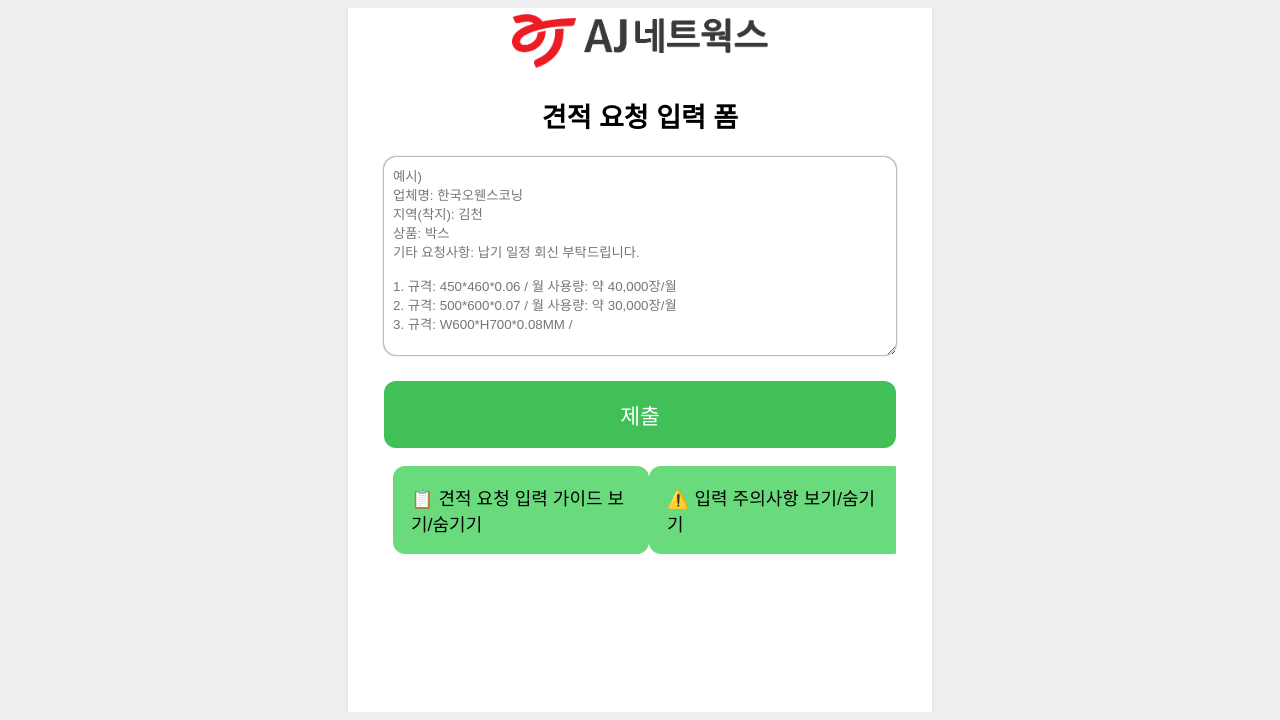
Repository: deul428/logis_test
Page: index.html
These files come from the project's save history. The page is drawn as it stood at one moment and after a run of saves; the edit follows.
The browser window is 1280 px wide. The pictures show the whole page.
Some web fonts or font styles are not loaded; a fallback is used.

Above is the page before, as saved 2025-09-17 09:14:48.

### index.html
<!DOCTYPE html>
<!--
📋 견적 요청 입력 가이드
업체명: [회사명]
지역: [납품지역]
요청사항: [납기, 샘플 등 요청사항]1
1. 상품: / 규격: / 사용량: [월 예상 사용량] / 사용금액: [월 예상 사용금액] / 인쇄: [O/X]
2. 상품: / 규격: / 사용량: [월 예상 사용량] / 사용금액: [월 예상 사용금액] / 인쇄: [O/X]
3. 상품: / 규격: / 사용량: [월 예상 사용량] / 사용금액: [월 예상 사용금액] / 인쇄: [O/X]
⚠️ 입력 주의사항
1. 번호 표기 필수
　- 상품/규격별 정보는 반드시 1., 2., 3. 번호를 붙여 구분합니다.
2. 상품명 표기
　- 동일 상품 + 여러 규격 → 상품:은 한 번만 쓰고, 아래에 규격을 나열해도 가능
　- 서로 다른 상품 → 각 번호마다 반드시 개별 상품:을 함께 작성
3. 필수/선택 항목
　- 업체명, 지역, 상품은 필수
　- 규격, 사용량, 사용금액, 인쇄, 요청사항 등은 선택 (없는 값은 생략 가능) -->
<html lang="ko">
  <head>
    <meta charset="UTF-8" />
    <title>견적 요청 입력 폼</title>
    <link rel="stylesheet" href="./styles/common.css" />
  </head>
  <body>
    <div class="wrap">
      <div class="cntnt_box">
        <div id="header">
          <img class="ci" src="./src/aj_ci.png" />
          <h2>견적 요청 입력 폼</h2>
        </div>
        <div id="input_area">
          <form
            action="https://script.google.com/macros/s/AKfycbwvnTOYbOr6LT2mzblHA0HMxfJFboeq3WsBVHAYUvir3JEZxm_Qbn3yYHUbS3F-L1Fz/exec"
            method="post"
          >
            <!-- <label>메시지:</label><br /> -->
            <textarea
              name="message"
              rows="12"
              placeholder="예시&#41;
업체명: 한국오웬스코닝
지역(착지): 김천
상품: 박스
기타 요청사항: 납기 일정 회신 부탁드립니다.

1. 규격: 450*460*0.06 / 월 사용량: 약 40,000장/월
2. 규격: 500*600*0.07 / 월 사용량: 약 30,000장/월
3. 규격: W600*H700*0.08MM /"
            ></textarea
            ><br /><br />
            <button type="submit">제출</button>
          </form>
        </div>
        <div id="desc_area">
          <div>
            <button class="toggle" onclick="toggleGuide('guideBox_01')">
              📋 견적 요청 입력 가이드 보기/숨기기
            </button>
            <div id="guideBox_01" class="desc_box">
              <div id="guide_01" class="desc">
                <p>📋 견적 요청 입력 가이드</p>
                <p>
                  업체명: [회사명]<br />
                  지역: [납품지역]<br />
                  요청사항: [납기, 샘플 등 요청사항]
                </p>

                <p>
                  1. 상품: / 규격: / 사용량: [월 예상 사용량] / 사용금액: [월
                  예상 사용금액] / 인쇄: [O/X]<br />
                  2. 상품: / 규격: / 사용량: [월 예상 사용량] / 사용금액: [월
                  예상 사용금액] / 인쇄: [O/X]<br />
                  3. 상품: / 규격: / 사용량: [월 예상 사용량] / 사용금액: [월
                  예상 사용금액] / 인쇄: [O/X]
                </p>
              </div>
            </div>
          </div>
          <div>
            <button class="toggle" onclick="toggleGuide('guideBox_02')">
              ⚠️ 입력 주의사항 보기/숨기기
            </button>
            <div id="guideBox_02" class="desc_box">
              <div id="guide_02" class="desc">
                <p>⚠️ 입력 주의사항</p>
                <p>
                  1. 번호 표기 필수<br />
                  - 상품/규격별 정보는 반드시 1., 2., 3. 번호를 붙여
                  구분합니다.<br />
                  2. 상품명 표기<br />
                  - 동일 상품 + 여러 규격 → 상품:은 한 번만 쓰고, 아래에 규격을
                  나열해도 가능<br />
                  - 서로 다른 상품 → 각 번호마다 반드시 개별 상품:을 함께
                  작성<br />
                  3. 필수/선택 항목<br />
                  - 업체명, 지역, 상품은 필수<br />
                  - 규격, 사용량, 사용금액, 인쇄, 요청사항 등은 선택 (없는 값은
                  생략 가능)
                </p>
              </div>
            </div>
          </div>
        </div>
      </div>
    </div>
  </body>
  <script>
    function toggleGuide(e) {
      const guideBox = document.getElementById(e);
      guideBox.classList.toggle("open");
    }
  </script>
</html>

### styles/common.css
@import url("https://fonts.googleapis.com/css2?family=Chiron+GoRound+TC:wght@200..900&family=Nanum+Pen+Script&display=swap");
html,
body {
  font-family: "Chiron GoRound TC", sans-serif;
  font-optical-sizing: auto;
  font-weight: 400;
  font-style: normal;
  font-size: 18px;
  width: 100dvw;
  height: 100dvh;
  overflow: hidden;
  background: #eee;
  display: flex;
  justify-content: center;
  align-items: center;
  flex-direction: column;
}
.wrap {
  width: 40%;
  /* height: 60%; */
  padding: 2rem;
  background: white;
  border-radius: 12px;
  box-shadow: 0 5px 10px 0 rgba(0, 0, 0, 0.064);
}
.cntnt_box {
  width: 100%;
  height: 100%;
  display: flex;
  justify-content: flex-start;
  align-items: center;
  flex-direction: column;
}
#header {
  text-align: center;
  width: 20dvw;
}
.ci {
  width: 100%;
}

#input_area {
  margin-bottom: 1rem;
  width: 100%;
}
#input_area form {
  /* width: calc(100% - 3rem); */
  margin: 0 auto;
  text-align: center;
}
#input_area form > textarea {
  font-family: inherit;
  width: calc(100% - 1rem);
  padding: 0.5rem;
  border: none;
  border-radius: 12px;
  box-shadow: 0 0 2px 0 #000;
}
#input_area label {
}
#input_area button {
  background: #40c057;
  color: #fff;
}
#input_area button:hover {
  background: #37b24d;
}
#desc_area {
  width: 100%;
  height: 30dvh;
  overflow-y: auto;
  margin-bottom: 24px;
  display: flex;
  flex-direction: row;
}
#desc_area > div {
  width: 50%;
}
#desc_area > div .toggle {
  font-size: 1rem;
  margin-inline-start: 0.5rem;
  display: inline-block;
  background: #69db7c;
}
#desc_area .toggle:hover {
  background: #37b24d;
}

#desc_area > div .desc_box {
  font-size: 0.8rem;
  line-height: 1.2rem;
  width: calc(100% - 4rem);
  margin-inline-start: 1rem;
  display: flex;
  flex-direction: column;
  max-height: 0;
  opacity: 0;
  transition: max-height 0.3s linear; /* , opacity 0.3s linear; */
  background: #f9f9f9;
  border: 1px solid #ddd;
  border-radius: 6px;
  margin-top: 10px;
  padding: 1rem;
}

#desc_area .desc_box.open {
  max-height: 500px; /* 충분히 큰 값 */
  opacity: 1;
}

.wrap button {
  z-index: 999;
  all: unset;
  width: calc(100% - 2rem);
  font-style: 800;
  font-size: 1.2rem;
  padding: 1rem;
  border-radius: 12px;
  transition: background 0.3s linear;
  cursor: pointer;
}

After the next 3 saves:
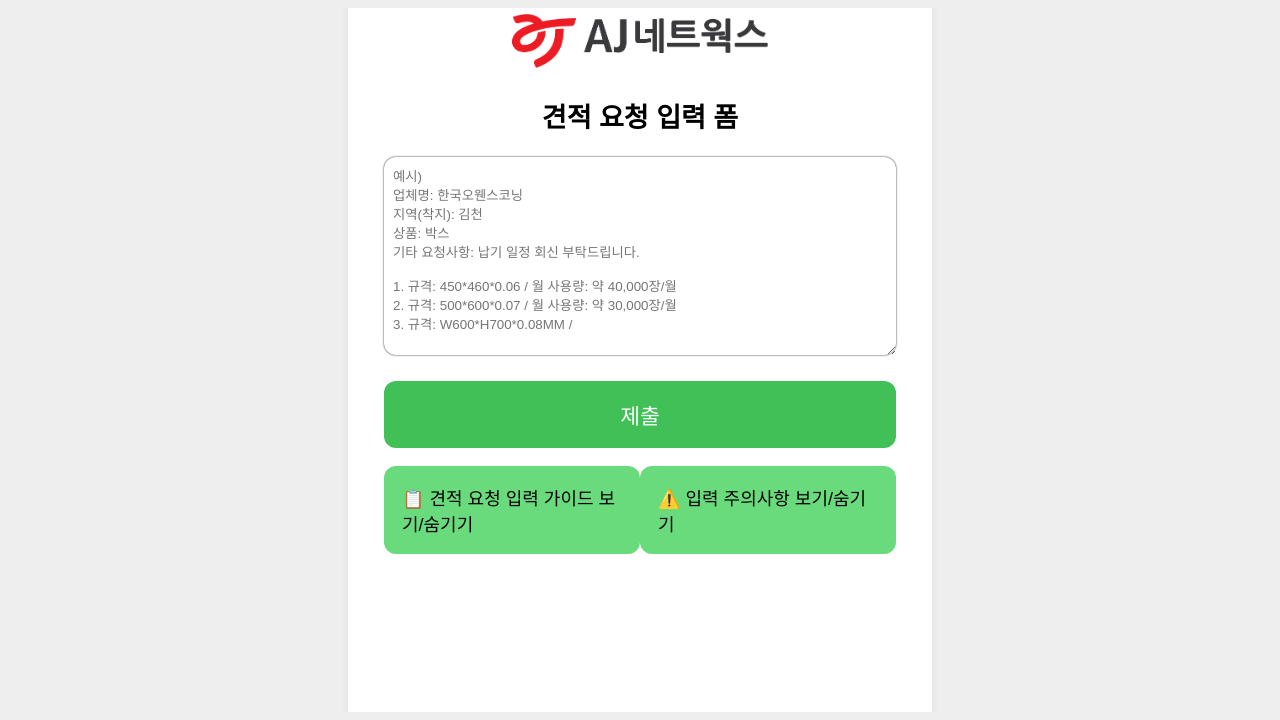
The 3 saves are shown as one change because they came seconds apart.
The last was saved 9 s later.
--- a/styles/common.css
+++ b/styles/common.css
@@ -78,7 +78,6 @@
 }
 #desc_area > div .toggle {
   font-size: 1rem;
-  margin-inline-start: 0.5rem;
   display: inline-block;
   background: #69db7c;
 }
